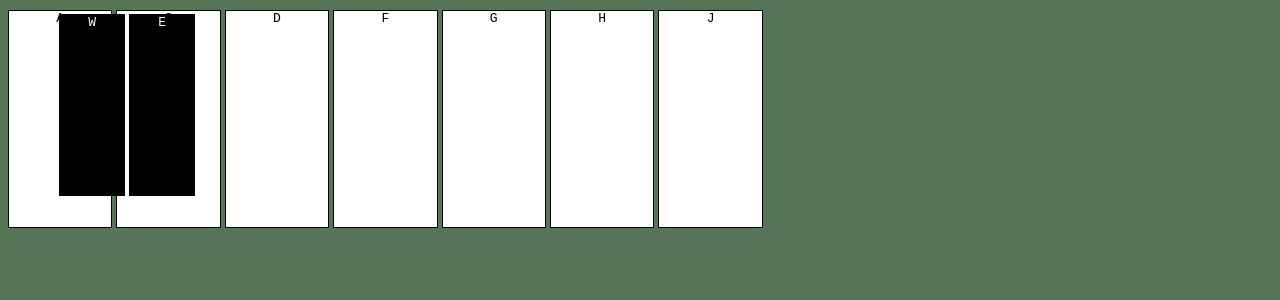
Repository: ctcoleman/Virtual-Piano
Page: index.html
These files come from the project's save history. The page is drawn as it stood at one moment and after a run of saves; the edit follows.
The browser window is 1280 px wide. The pictures show the whole page.

Above is the page before, as saved 2020-07-20 08:59:55.

### index.html
<!DOCTYPE html>
<html>

<head>
    <meta charset="utf-8">
    <link type="text/css" rel="stylesheet" href="./index.css">
    <title>Chris's Keyboard Piano</title>
</head>

<body>
    <div class="white-keys-container">
        <kbd class="white-key" id="KeyA">A</kbd>
        <kbd class="white-key" id="KeyS">S</kbd>
        <kbd class="white-key" id="KeyD">D</kbd>
        <kbd class="white-key" id="KeyF">F</kbd>
        <kbd class="white-key" id="KeyG">G</kbd>
        <kbd class="white-key" id="KeyH">H</kbd>
        <kbd class="white-key" id="KeyJ">J</kbd>
    </div>
    <div class="black-keys-container">
        <kbd class="black-key" id="KeyW">W</kbd>
        <kbd class="black-key" id="KeyE">E</kbd>
        <kbd class="black-key" id="KeyT">T</kbd>
        <kbd class="black-key" id="KeyY">Y</kbd>
        <kbd class="black-key" id="KeyU">U</kbd>
    </div>
    <script src="./index.js"></script>
</body>

</html>

### index.css
html {
    background: rgba(1, 46, 1, 0.664);
    color: black;
    box-sizing: border-box;
}

.white-key-container {
    margin: 15vh 15vw;
    width: 70vw;
    position: relative;
}
.white-key {
    text-align: center;
    display: inline-block;
    width: 8vw;
    height: 30vh;
    background: white;
    border: 1px solid black;
}

.black-key-container {
    margin: 10vh 5vw;
    width: 70vw;
}
.black-key {
    position: relative;
    z-index: 1;
    top: -30vh;
    text-align: center;
    display: inline-block;
    width: 5vw;
    height: 25vh;
    background: black;
    color: white;
    border: 1px solid black;
}
#KeyW {
    left: 4vw;
}
#KeyE {
    left: 4vw;
}
#KeyT {
    right: 40vw;
}
#KeyY {
    right: 40vw;
}
#KeyU {
    right: 40vw;
}

### index.js
const aKey = document.getElementById('KeyA')
const sKey = document.getElementById('KeyS')
const dKey = document.getElementById('KeyD')
const fKey = document.getElementById('KeyF')
const gKey = document.getElementById('KeyG')
const hKey = document.getElementById('KeyH')
const jKey = document.getElementById('KeyJ')
const wKey = document.getElementById('KeyW')
const eKey = document.getElementById('KeyE')
const tKey = document.getElementById('KeyT')
const yKey = document.getElementById('KeyY')
const uKey = document.getElementById('KeyU')






const keys = [aKey, sKey, dKey, fKey, gKey, hKey, jKey, wKey, eKey, tKey, yKey, uKey]
console.log(keys)
document.addEventListener('keypress', (keyPressed) => {
    const key = keyPressed.code
    switch (key) {
        case keys[0].id:
            new Audio('./keys/A.mp3').play()
            break
        case keys[1].id:
            new Audio('./keys/S.mp3').play()
            break
        case keys[2].id:
            new Audio('./keys/D.mp3').play()
            break
        case keys[3].id:
            new Audio('./keys/F.mp3').play()
            break
        case keys[4].id:
            new Audio('./keys/G.mp3').play()
            break
        case keys[5].id:
            new Audio('./keys/H.mp3').play()
            break
        case keys[6].id:
            new Audio('./keys/J.mp3').play()
            break
        case keys[7].id:
            new Audio('./keys/W.mp3').play()
            break
        case keys[8].id:
            new Audio('./keys/E.mp3').play()
            break
        case keys[9].id:
            new Audio('./keys/T.mp3').play()
            break
        case keys[10].id:
            new Audio('./keys/Y.mp3').play()
            break
        case keys[11].id:
            new Audio('./keys/U.mp3').play()
            break
        default:
            console.log('Invalid Key Press')
    }
})

After the next 4 saves:
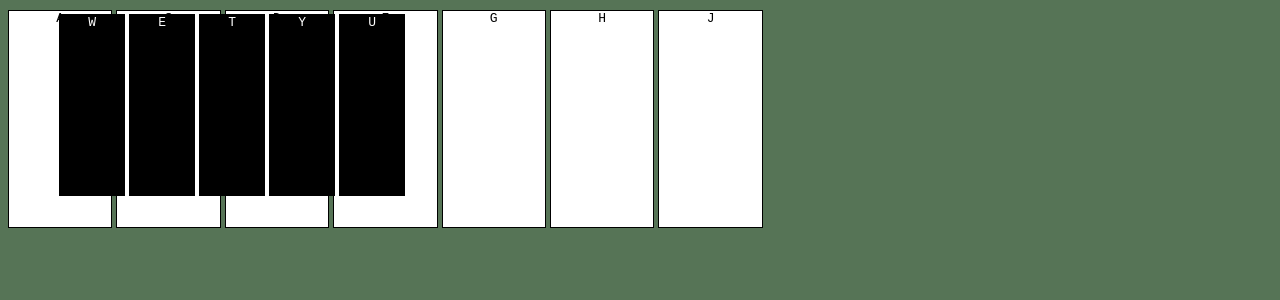
The 4 saves are shown as one change because they came seconds apart.
The last was saved 14 s later.
--- a/index.css
+++ b/index.css
@@ -41,11 +41,11 @@ html {
     left: 4vw;
 }
 #KeyT {
-    right: 40vw;
+    left: 4vw;
 }
 #KeyY {
-    right: 40vw;
+    left: 4vw;
 }
 #KeyU {
-    right: 40vw;
+    left: 4vw;
 }
